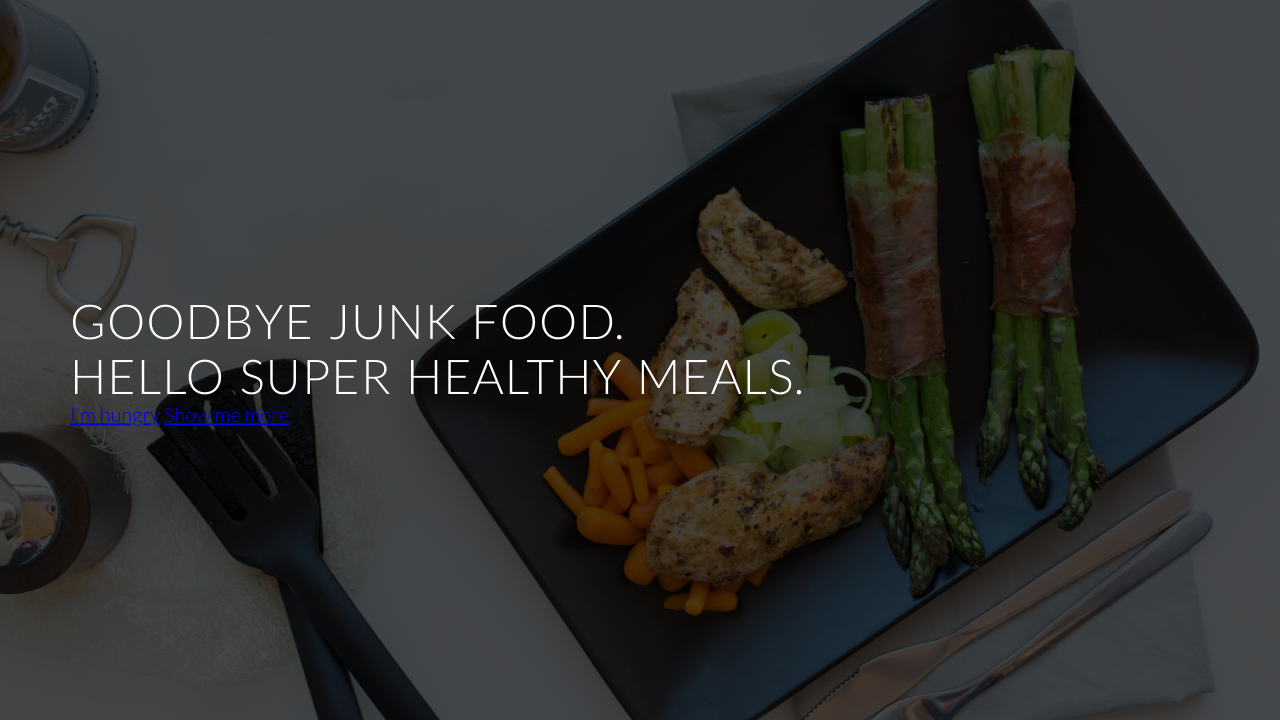
Repository: MalgorzataMazur/Omnifood
Page: index.html
The author's editor kept a copy of each file at every save. The page is drawn from the files as they stood at one save, then again after the next save.
The browser window is 1280 px wide. The pictures show the whole page.

Above is the page before, as saved 2019-10-23 20:49:32.

After the next save:
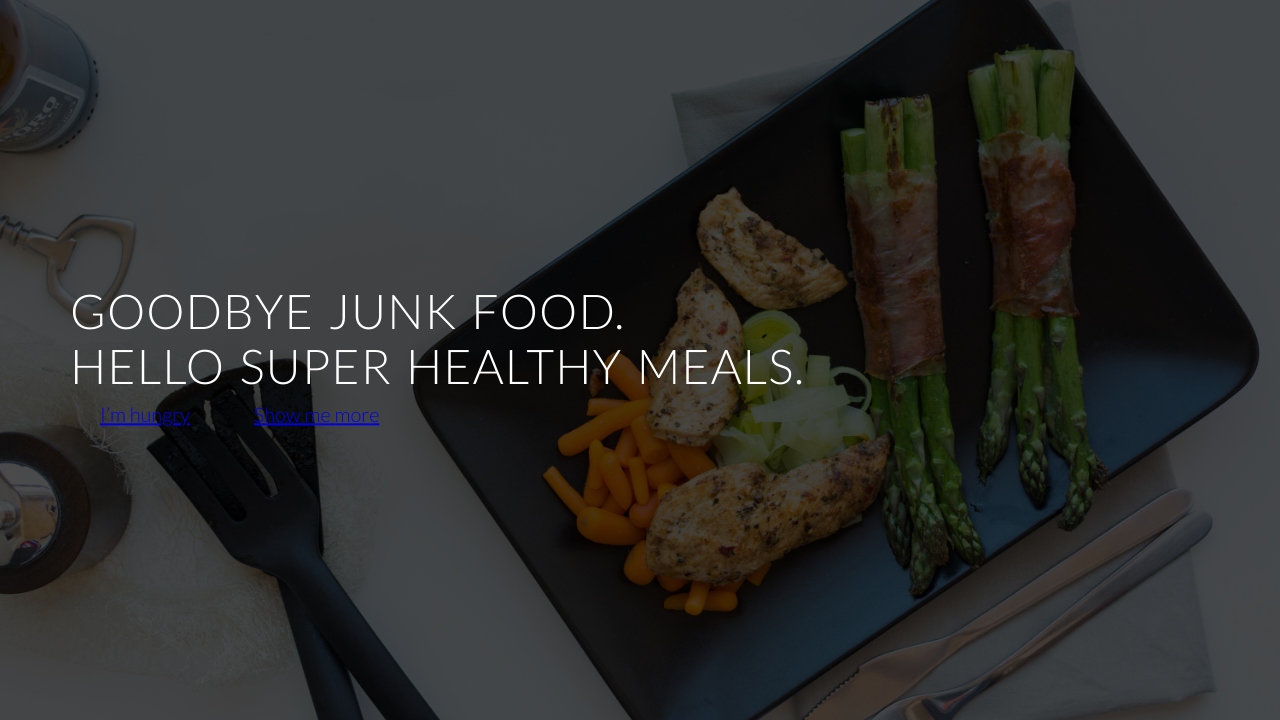
Saved 59 s later.
--- a/resources/css/style.css
+++ b/resources/css/style.css
@@ -44,4 +44,6 @@ h1 {
 }
 .btn {
     display: inline-block;
+    padding: 10px 30px;
+    font-weight: 300;
 }
